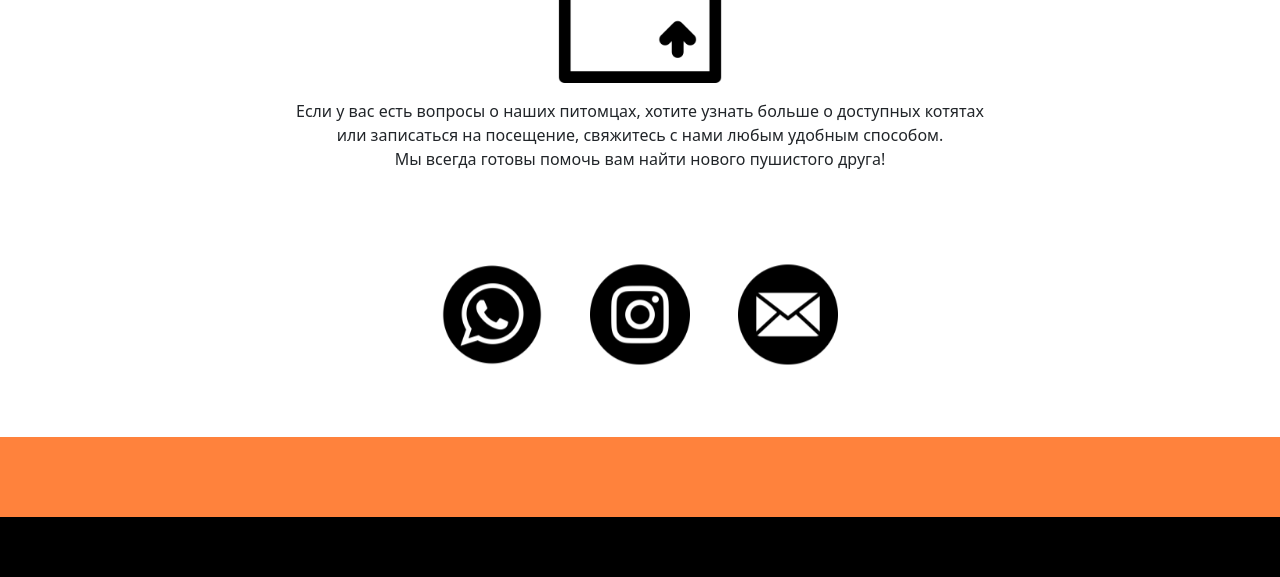
Repository: uliana007/Kuril-bobtails
Page: pages/contacts.html
The author's editor kept a copy of each file at every save. The page is drawn from the files as they stood at one save, then again after the next save.
The browser window is 1280 px wide. The pictures show the part of the page from y = 401 to 1353 px (the page is 978 px tall before and 1353 px after).
A picture or video elsewhere on the page could not be fetched, so the positions and the page height are approximate.

Above is the page before, as saved 2025-11-27 18:37:25.
Console error: TypeError: Cannot read properties of null (reading 'addEventListener')

After the next save:
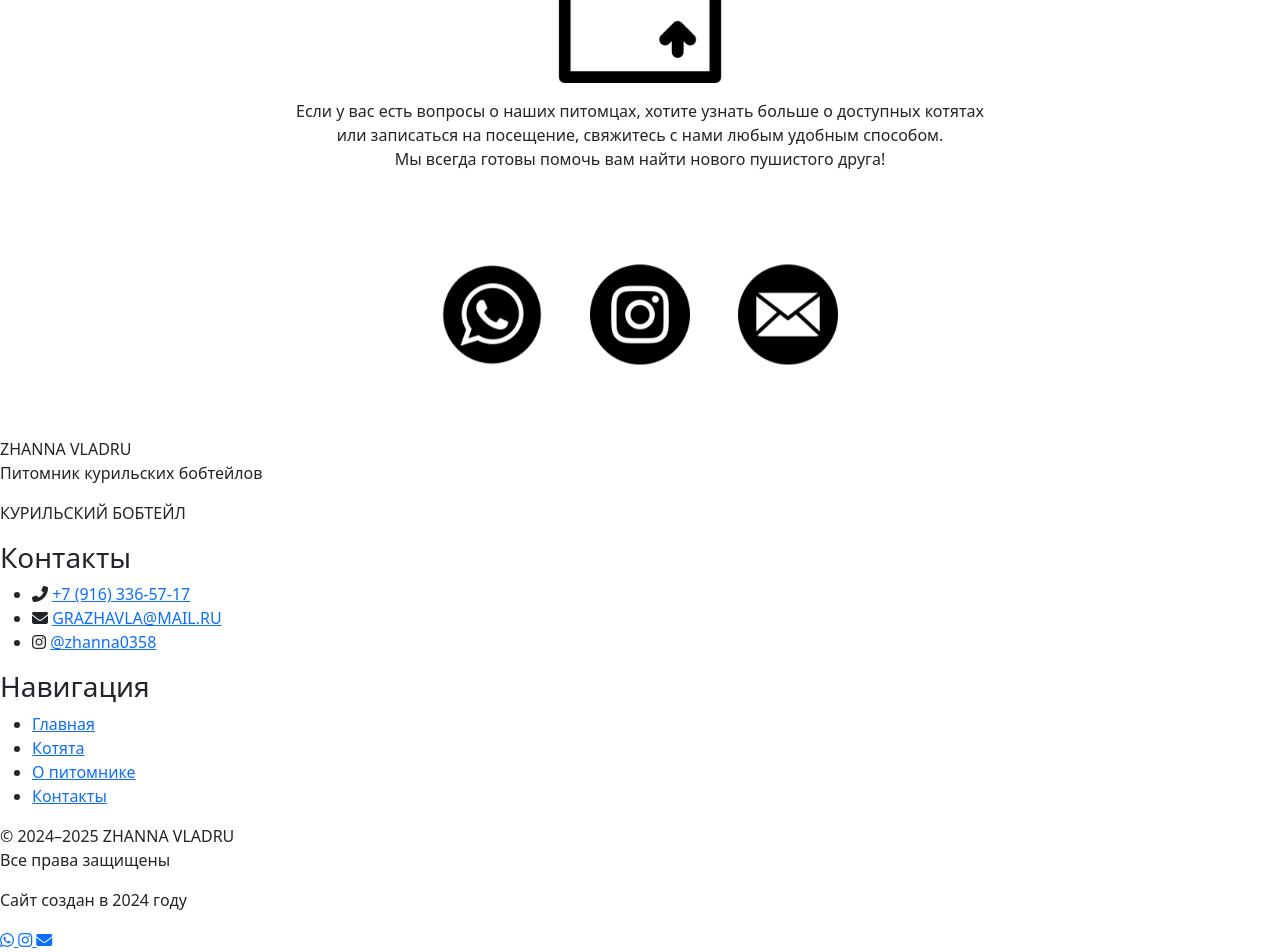
Saved 7 s later.
--- a/pages/contacts.html
+++ b/pages/contacts.html
@@ -206,14 +206,16 @@
 
 </section>
 
-<!-- Подвал -->
-<div class="footer">
-    <div class="footer-orange"></div>
-    <div class="footer-black"></div>
-</div>
-</main>
-
-
+<!-- Здесь был старый футер — удаляем его полностью -->
+
+    <div id="footer-placeholder"></div>
+    <script>
+        fetch('footer.html')
+            .then(response => response.text())
+            .then(data => {
+                document.getElementById('footer-placeholder').outerHTML = data;
+            });
+    </script>
 
 
 
